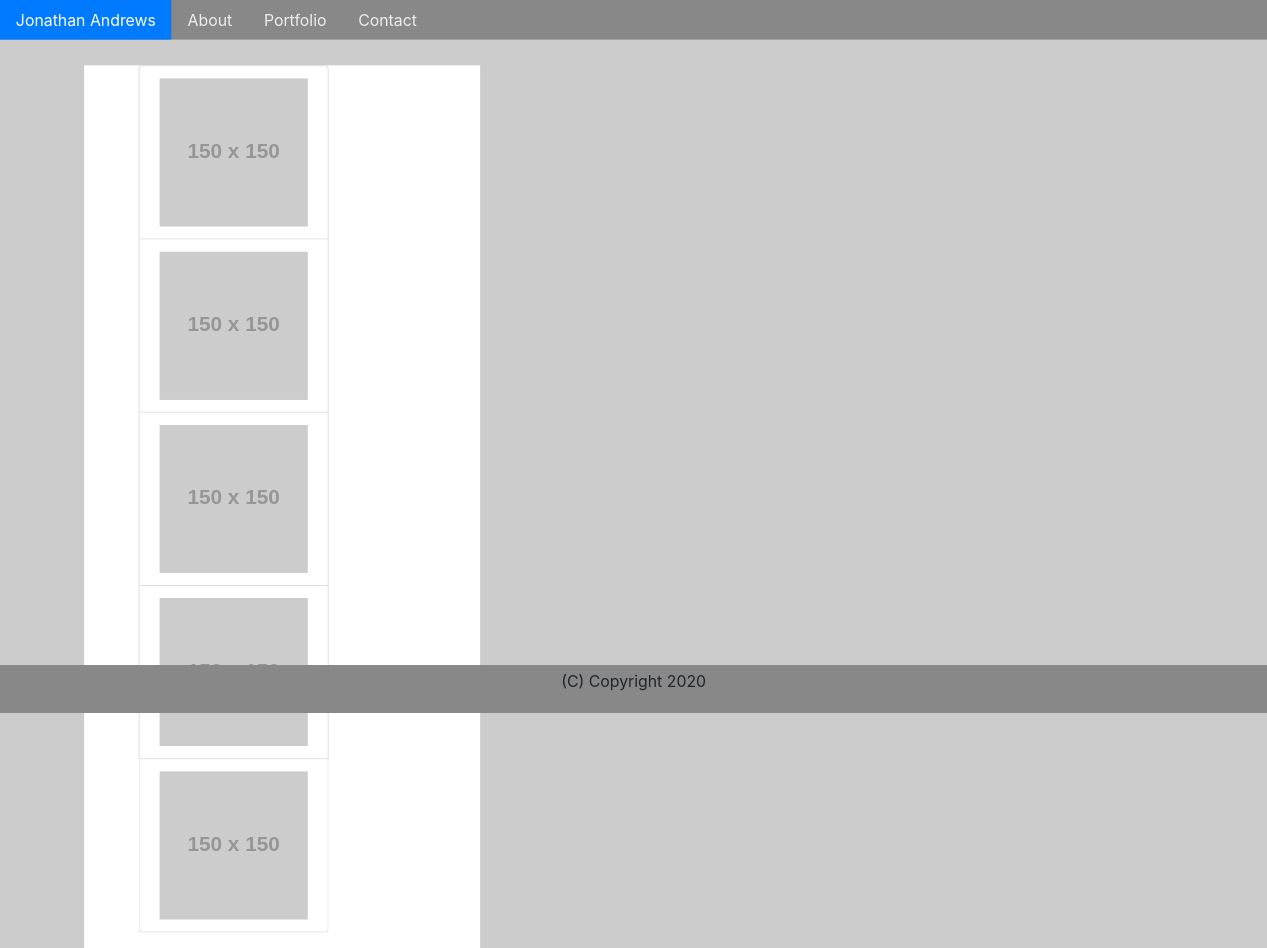
Repository: ionathas78/ionathas78.github.io
Page: portfolio.html
These files come from the project's save history. The page is drawn as it stood at one moment and after the next save; the edit follows.
The browser window is 1280 px wide. The pictures show the whole page, at 99% of full size.

Above is the page before, as saved 2020-03-17 17:34:26.

After the next save:
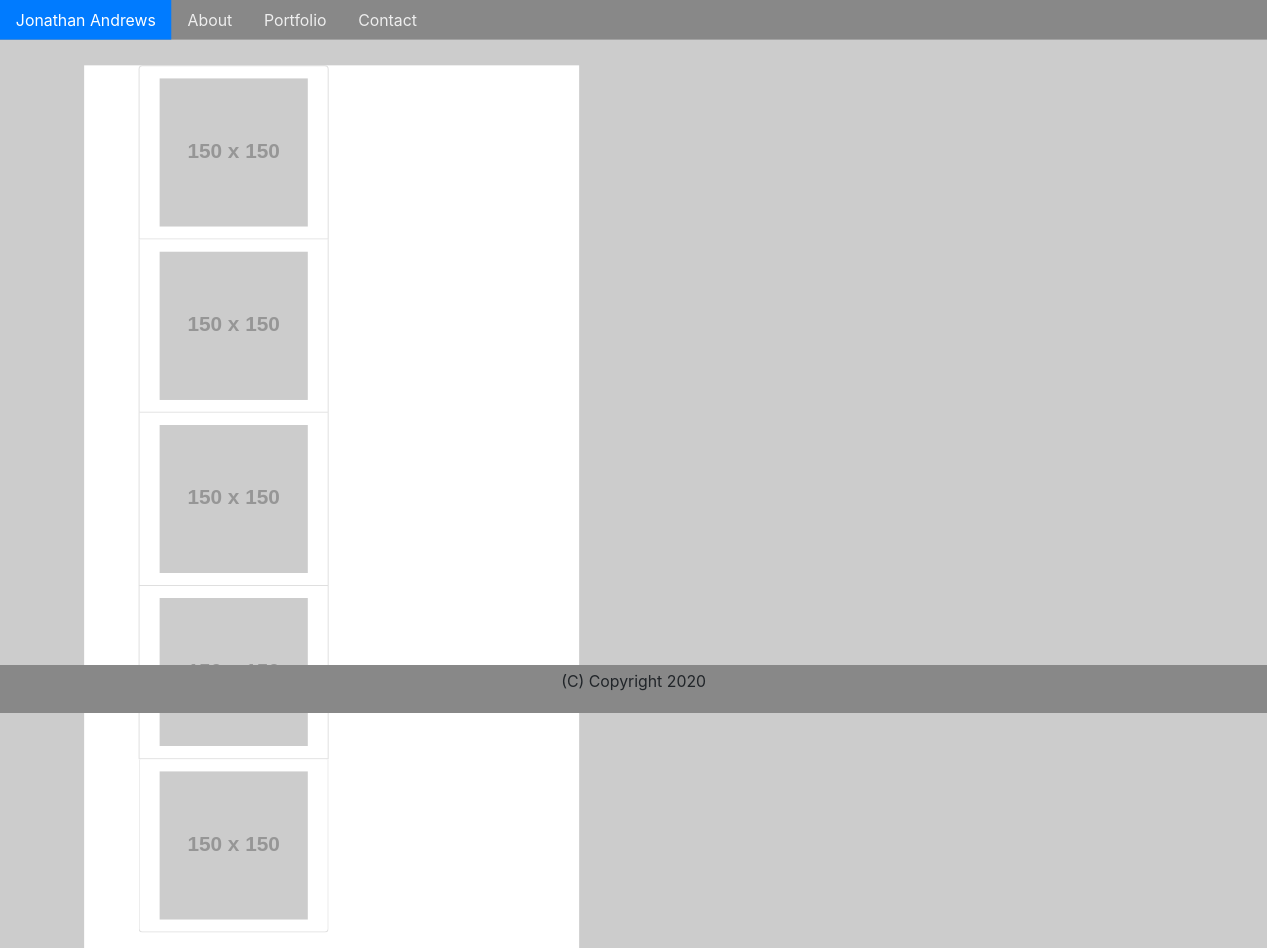
Saved 11 s later.
--- a/portfolio.html
+++ b/portfolio.html
@@ -28,7 +28,7 @@
     <div class="container">
         <div class="row">
             <div class="col-lg-4">
-                <div class="container clearfix" style="width: 50vw; max-width: 400px; background-color: white; margin-top: 2vw;">
+                <div class="container clearfix" style="width: 50vw; max-width: 500px; background-color: white; margin-top: 2vw;">
                     <!-- <ul class="list-group list-group-horizontal float-left"> -->
                     <ul class="float-left">
                         <li class="list-group-item"><a href="" target="_blank"><img src="https://via.placeholder.com/150" alt="Placeholder Item Image"/></a></li>
